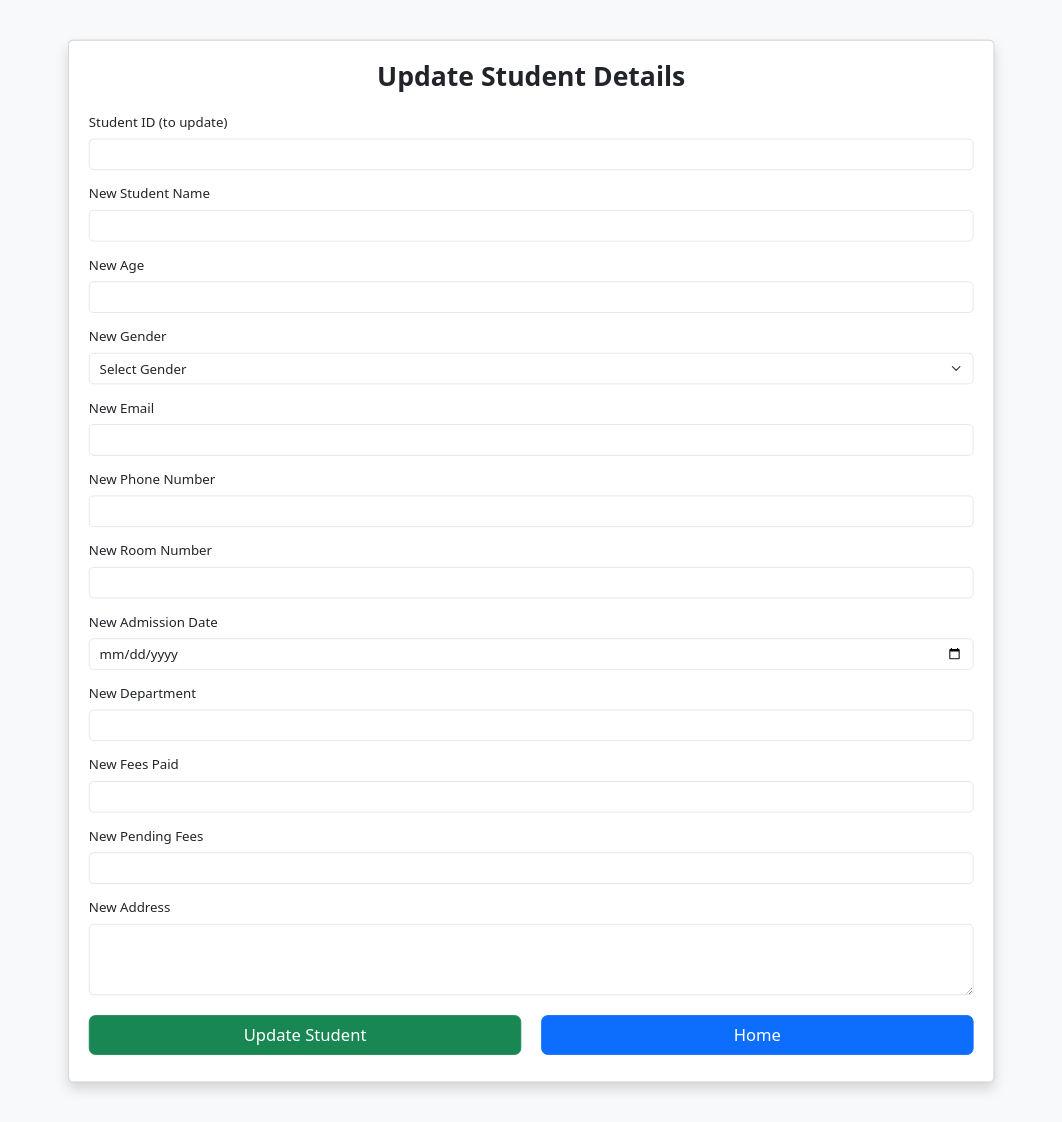
Repository: Keerthana2M/Hostel-Management-system
Page: http://localhost/Hostelweb/studentupdate.jsp
The author's editor kept a copy of each file at every save. The page is drawn from the files as they stood at one save, then again after the next save.
The browser window is 1280 px wide. The pictures show the whole page, at 83% of full size.
The page is served by Tomcat 9. Other server files are loaded and not shown.

Above is the page before, as saved 2025-05-28 17:46:22.

### Hostelweb/src/main/webapp/studentupdate.jsp
<%@ page contentType="text/html;charset=UTF-8" language="java" %>
<!DOCTYPE html>
<html lang="en">
<head>
    <title>Update Student</title>
    <link href="https://cdn.jsdelivr.net/npm/bootstrap@5.3.0/dist/css/bootstrap.min.css" rel="stylesheet">
</head>
<body class="bg-light">
<div class="container py-5">
    <div class="card shadow p-4">
        <h2 class="mb-4 text-center fw-bold">Update Student Details</h2>

        <form action="UpdateStudentServlet" method="post" class="needs-validation" novalidate>
            <div class="mb-3">
                <label for="id" class="form-label">Student ID (to update)</label>
                <input type="number" class="form-control" id="id" name="id" required min="1">
                <div class="invalid-feedback">Please provide Student ID.</div>
            </div>

            <div class="mb-3">
                <label for="name" class="form-label">New Student Name</label>
                <input type="text" class="form-control" id="name" name="name" required maxlength="100">
                <div class="invalid-feedback">Please provide student name.</div>
            </div>

            <div class="mb-3">
                <label for="age" class="form-label">New Age</label>
                <input type="number" class="form-control" id="age" name="age" required min="1" max="120">
                <div class="invalid-feedback">Please provide valid age.</div>
            </div>

            <div class="mb-3">
                <label for="gender" class="form-label">New Gender</label>
                <select class="form-select" id="gender" name="gender" required>
                    <option value="">Select Gender</option>
                    <option value="Male">Male</option>
                    <option value="Female">Female</option>
                    <option value="Other">Other</option>
                </select>
                <div class="invalid-feedback">Please select gender.</div>
            </div>

            <div class="mb-3">
                <label for="email" class="form-label">New Email</label>
                <input type="email" class="form-control" id="email" name="email" required maxlength="100">
                <div class="invalid-feedback">Please provide a valid email.</div>
            </div>

            <div class="mb-3">
                <label for="phone" class="form-label">New Phone Number</label>
                <input type="text" class="form-control" id="phone" name="phone" required maxlength="15">
                <div class="invalid-feedback">Please provide phone number.</div>
            </div>

            <div class="mb-3">
                <label for="roomNumber" class="form-label">New Room Number</label>
                <input type="text" class="form-control" id="roomNumber" name="roomNumber" required maxlength="10">
                <div class="invalid-feedback">Please provide room number.</div>
            </div>

            <div class="mb-3">
                <label for="admissionDate" class="form-label">New Admission Date</label>
                <input type="date" class="form-control" id="admissionDate" name="admissionDate" required>
                <div class="invalid-feedback">Please provide admission date.</div>
            </div>

            <div class="mb-3">
                <label for="department" class="form-label">New Department</label>
                <input type="text" class="form-control" id="department" name="department" required maxlength="50">
                <div class="invalid-feedback">Please provide department.</div>
            </div>

            <div class="mb-3">
                <label for="feesPaid" class="form-label">New Fees Paid</label>
                <input type="number" step="0.01" class="form-control" id="feesPaid" name="feesPaid" required min="0">
                <div class="invalid-feedback">Please provide fees paid.</div>
            </div>

            <div class="mb-3">
                <label for="pendingFees" class="form-label">New Pending Fees</label>
                <input type="number" step="0.01" class="form-control" id="pendingFees" name="pendingFees" required min="0">
                <div class="invalid-feedback">Please provide pending fees.</div>
            </div>

            <div class="mb-3">
                <label for="address" class="form-label">New Address</label>
                <textarea class="form-control" id="address" name="address" rows="3" maxlength="250"></textarea>
                <div class="invalid-feedback">Please provide address.</div>
            </div>

            <div class="row mt-4">
                <div class="col-md-6 mb-2">
                    <button type="submit" class="btn btn-success btn-lg w-100">Update Student</button>
                </div>
                <div class="col-md-6 mb-2">
                    <a href="index.jsp" class="btn btn-primary btn-lg w-100">Home</a>
                </div>
            </div>
        </form>

        <% if (request.getAttribute("message") != null) { %>
            <div class="alert alert-info mt-3"><%= request.getAttribute("message") %></div>
        <% } %>
    </div>
</div>

<script>
(() => {
  'use strict';
  const forms = document.querySelectorAll('.needs-validation');
  Array.from(forms).forEach(form => {
    form.addEventListener('submit', event => {
      if (!form.checkValidity()) {
        event.preventDefault();
        event.stopPropagation();
      }
      form.classList.add('was-validated');
    }, false);
  });
})();
</script>
</body>
</html>

After the next save:
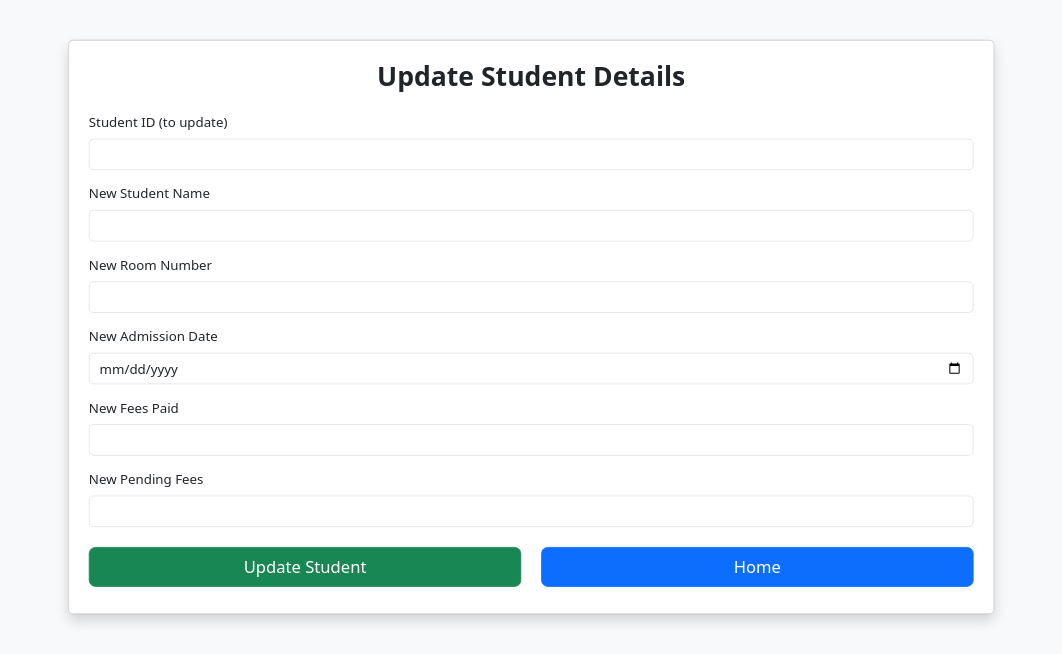
Saved 22 h 26 min later.
--- a/Hostelweb/src/main/webapp/studentupdate.jsp
+++ b/Hostelweb/src/main/webapp/studentupdate.jsp
@@ -23,34 +23,7 @@
                 <div class="invalid-feedback">Please provide student name.</div>
             </div>
 
-            <div class="mb-3">
-                <label for="age" class="form-label">New Age</label>
-                <input type="number" class="form-control" id="age" name="age" required min="1" max="120">
-                <div class="invalid-feedback">Please provide valid age.</div>
-            </div>
 
-            <div class="mb-3">
-                <label for="gender" class="form-label">New Gender</label>
-                <select class="form-select" id="gender" name="gender" required>
-                    <option value="">Select Gender</option>
-                    <option value="Male">Male</option>
-                    <option value="Female">Female</option>
-                    <option value="Other">Other</option>
-                </select>
-                <div class="invalid-feedback">Please select gender.</div>
-            </div>
-
-            <div class="mb-3">
-                <label for="email" class="form-label">New Email</label>
-                <input type="email" class="form-control" id="email" name="email" required maxlength="100">
-                <div class="invalid-feedback">Please provide a valid email.</div>
-            </div>
-
-            <div class="mb-3">
-                <label for="phone" class="form-label">New Phone Number</label>
-                <input type="text" class="form-control" id="phone" name="phone" required maxlength="15">
-                <div class="invalid-feedback">Please provide phone number.</div>
-            </div>
 
             <div class="mb-3">
                 <label for="roomNumber" class="form-label">New Room Number</label>
@@ -64,11 +37,6 @@
                 <div class="invalid-feedback">Please provide admission date.</div>
             </div>
 
-            <div class="mb-3">
-                <label for="department" class="form-label">New Department</label>
-                <input type="text" class="form-control" id="department" name="department" required maxlength="50">
-                <div class="invalid-feedback">Please provide department.</div>
-            </div>
 
             <div class="mb-3">
                 <label for="feesPaid" class="form-label">New Fees Paid</label>
@@ -82,11 +50,6 @@
                 <div class="invalid-feedback">Please provide pending fees.</div>
             </div>
 
-            <div class="mb-3">
-                <label for="address" class="form-label">New Address</label>
-                <textarea class="form-control" id="address" name="address" rows="3" maxlength="250"></textarea>
-                <div class="invalid-feedback">Please provide address.</div>
-            </div>
 
             <div class="row mt-4">
                 <div class="col-md-6 mb-2">
